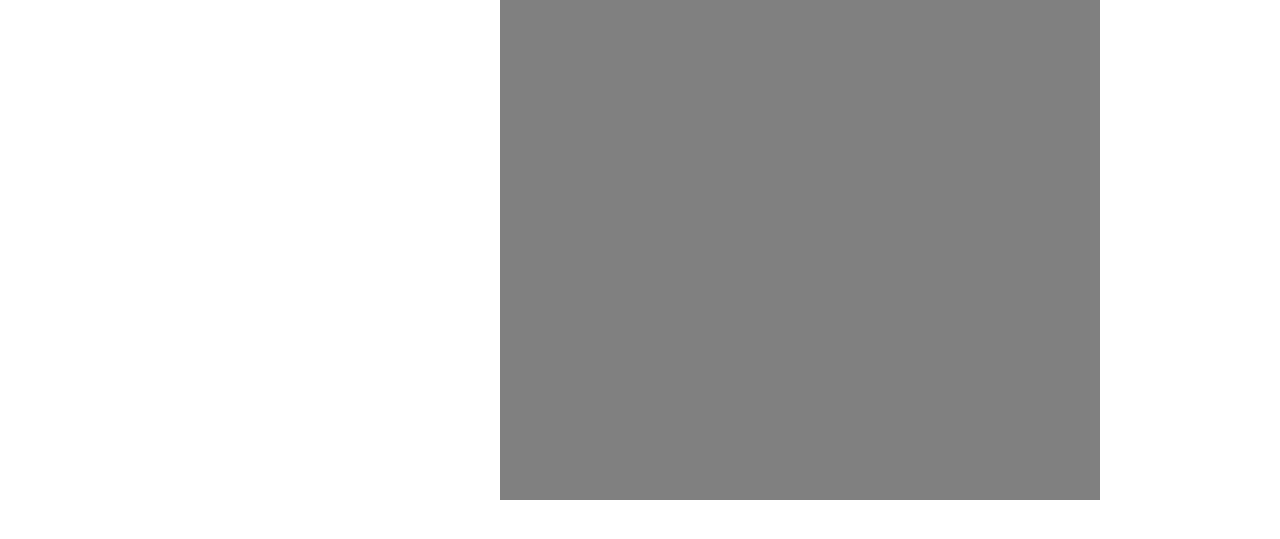
Repository: AytacSafarova/Task-12
Page: index.html
These files come from the project's save history. The page is drawn as it stood at one moment and after the next save; the edit follows.
The browser window is 1280 px wide. The pictures show the whole page.

Above is the page before, as saved 2023-08-01 15:26:58.

### index.html
<!DOCTYPE html>
<html lang="en">
<head>
  <meta charset="UTF-8">
  <meta name="viewport" content="width=device-width, initial-scale=1.0">
  <title>Document</title>
  <link rel="stylesheet" href="./index.css">
</head>
<body>
<div class="container">
  <!-- <div class="card"></div>
  <div class="card"></div>
  <div class="card"></div> -->

</div>
<!-- <div class="card additional"></div> -->
</body>
</html>

### index.css
*{
    margin: 0;
    padding: 0;
    box-sizing: border-box;
}

.container{
width: 600px;
height: 500px;
background-color: gray;
margin-left: 500px;
position: relative;
}
.card{
    width: 150px;
    height: 150px;
}

.card:first-child{
    background-color: orange;
    position: absolute;
    bottom: 0;
}
.card:nth-child(2){
    background-color: red;
}.card:nth-child(3){
    background-color: blue;
}
.additional{
    position: absolute;
    top: 30px;
    background-color: green;

}
h1{
    position: sticky;
    top: 0;
    background-color: violet;
}

After the next save:
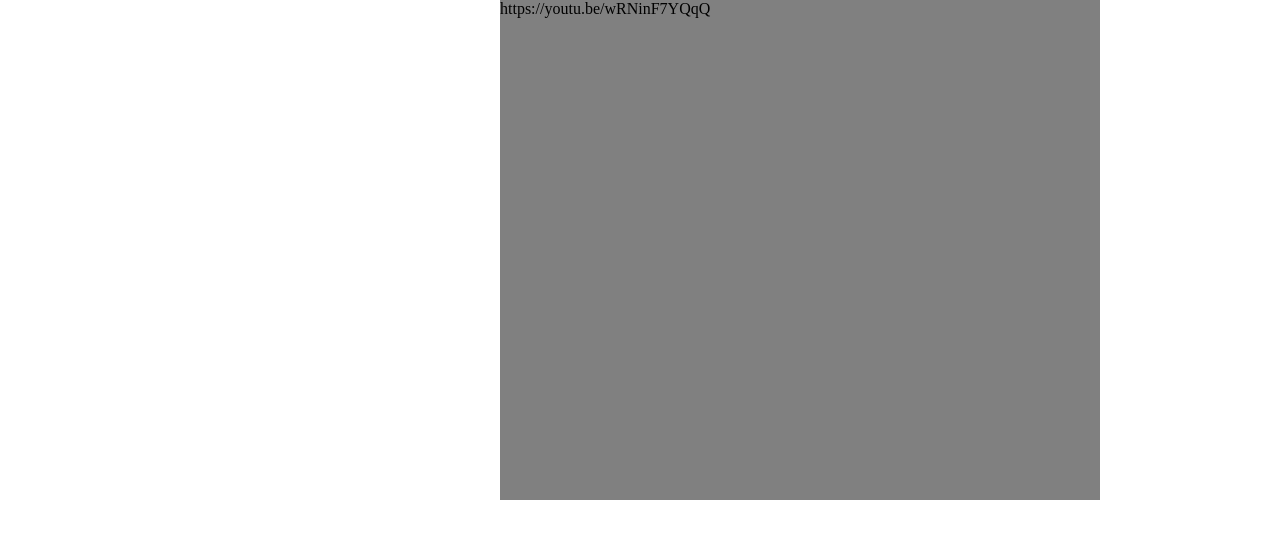
Saved 5 s later.
--- a/index.html
+++ b/index.html
@@ -11,6 +11,7 @@
   <!-- <div class="card"></div>
   <div class="card"></div>
   <div class="card"></div> -->
+  https://youtu.be/wRNinF7YQqQ
 
 </div>
 <!-- <div class="card additional"></div> -->
